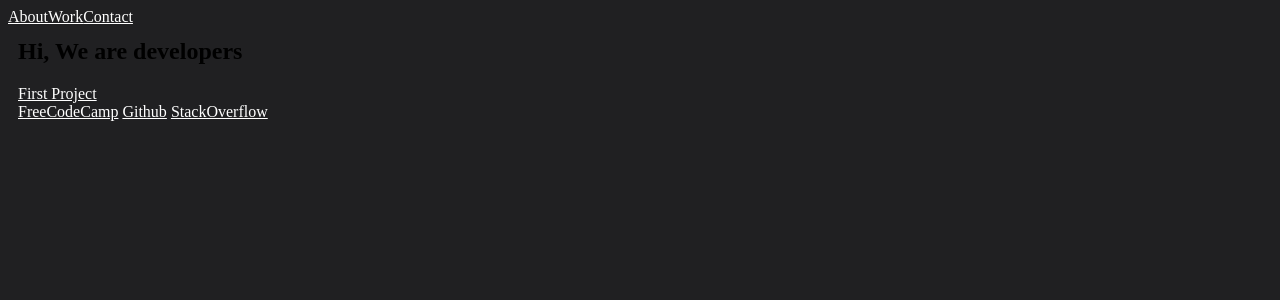
Repository: justicebhekani88/microverse_portfolio_project
Page: index.html
These files come from the project's save history. The page is drawn as it stood at one moment and after the next save; the edit follows.
The browser window is 1280 px wide. The pictures show the whole page.

Above is the page before, as saved 2022-07-21 14:42:06.

### index.html
<!DOCTYPE html>
<html lang="en">

<head>
    <meta charset="UTF-8">
    <meta http-equiv="X-UA-Compatible" content="IE=edge">
    <meta name="viewport" content="width=device-width, initial-scale=1.0">
    <link rel="stylesheet" href="style.css">
    <title>Portfolio Project</title>

    <style>
        @media only screen and (min-width: 600px) {
            #main {
                padding: 10px;
            }
        }
    </style>
</head>

<body>
    <nav id="navbar">
        <a href="#about">About</a>
        <a href="#projects">Work</a>
        <a href="#contact">Contact</a>
    </nav>
    <div id="main">
        <section id="welcome-section">
            <h1>Hi, We are developers</h1>
        </section>
        <section id="projects">
            <div class="project-tile"></div>
            <a href="">
                First Project
            </a>
        </section>
        <section>
            <a href="#" id="profile-link" target="_blank">FreeCodeCamp</a>
            <a href="#" id="profile-link" target="_blank">Github</a>
            <a href="#" id="profile-link" target="_blank">StackOverflow</a>
        </section>
    </div>

</body>

</html>

### style.css
body {
    background-color: #202022;
}

nav {
    color: white;
    display: flex;
    justify-content: flex-end;
    position: fixed;
}

a {
    color: white;
}

After the next save:
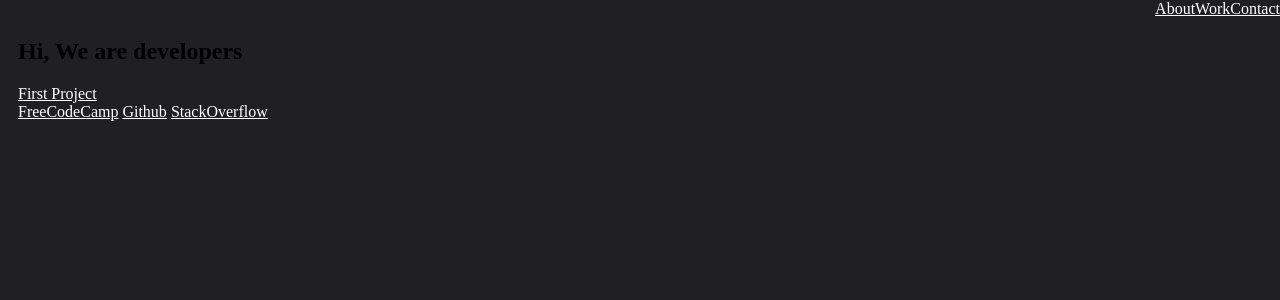
Saved 38 s later.
--- a/style.css
+++ b/style.css
@@ -7,6 +7,9 @@ nav {
     display: flex;
     justify-content: flex-end;
     position: fixed;
+    top: 0;
+    left: 0;
+    width: 100%;
 }
 
 a {
